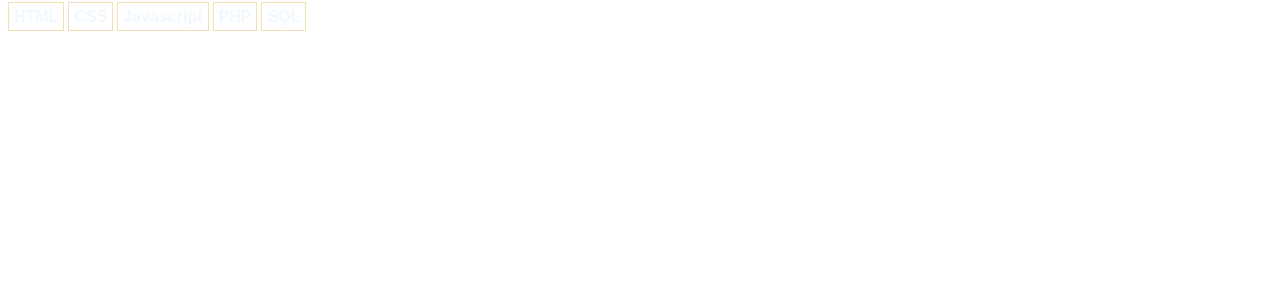
Repository: Pr-DuyTam/HTML-CSS-JS-PHP
Page: CSS/Bài Tập CSS/Bai2.html
An editor plug-in stored every save of this project. The page is shown before and after the next save, followed by the edit.
The browser window is 1280 px wide. The pictures show the whole page.

Above is the page before, as saved 2023-08-03 08:58:37.

After the next save:
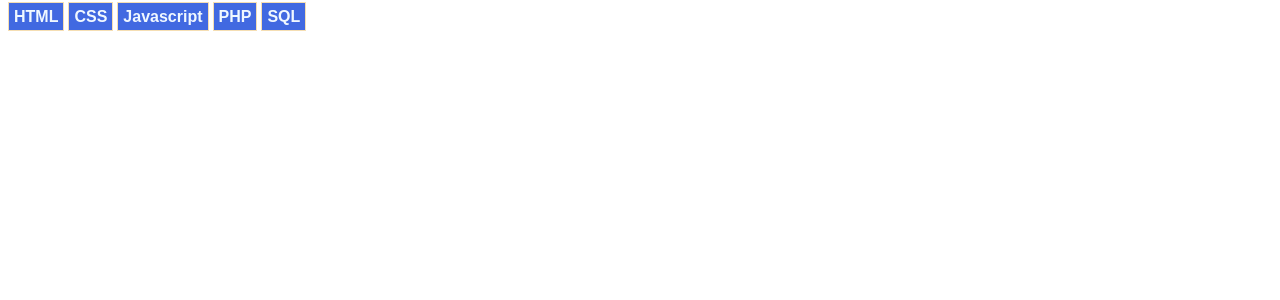
Saved 15 s later.
--- a/CSS/Bài Tập CSS/Bai2.html
+++ b/CSS/Bài Tập CSS/Bai2.html
@@ -17,7 +17,7 @@
         }
         a:link{
             color: aliceblue;
-
+            background-color: #4169e1;
         }
     </style>
 </head>
